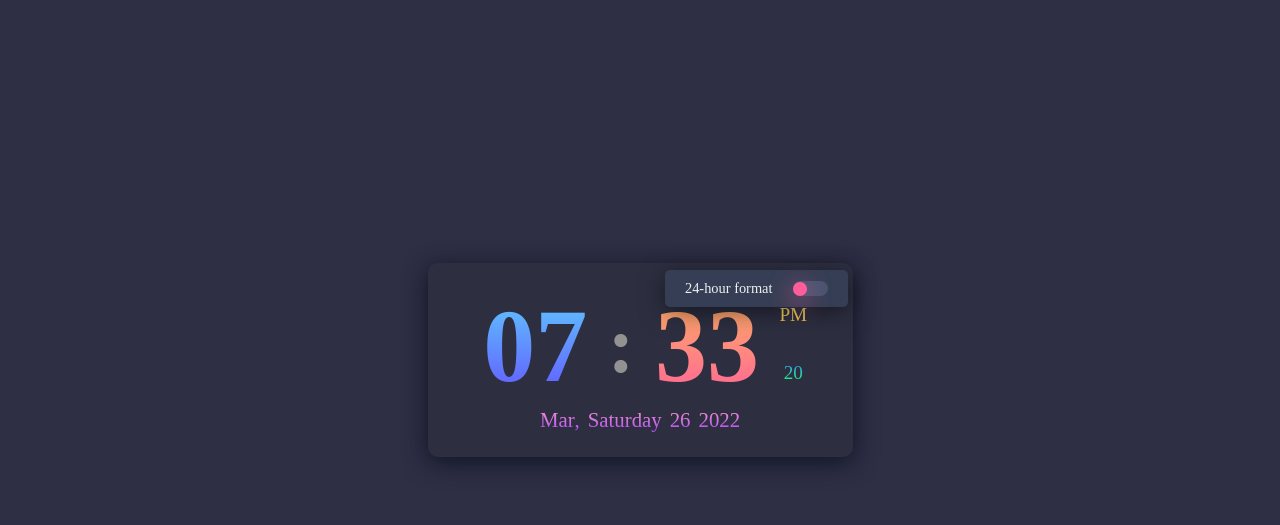
Repository: QUANGTHAI2003/digital-clock
Page: index.html
An editor plug-in stored every save of this project. The page is shown before and after the next save, followed by the edit.
The browser window is 1280 px wide. The pictures show the whole page.
Some icons come from a web library that is not loaded, so they are not drawn.

Above is the page before, as saved 2022-03-26 23:50:53.
Console error: TypeError: year.addEventListener is not a function

After the next save:
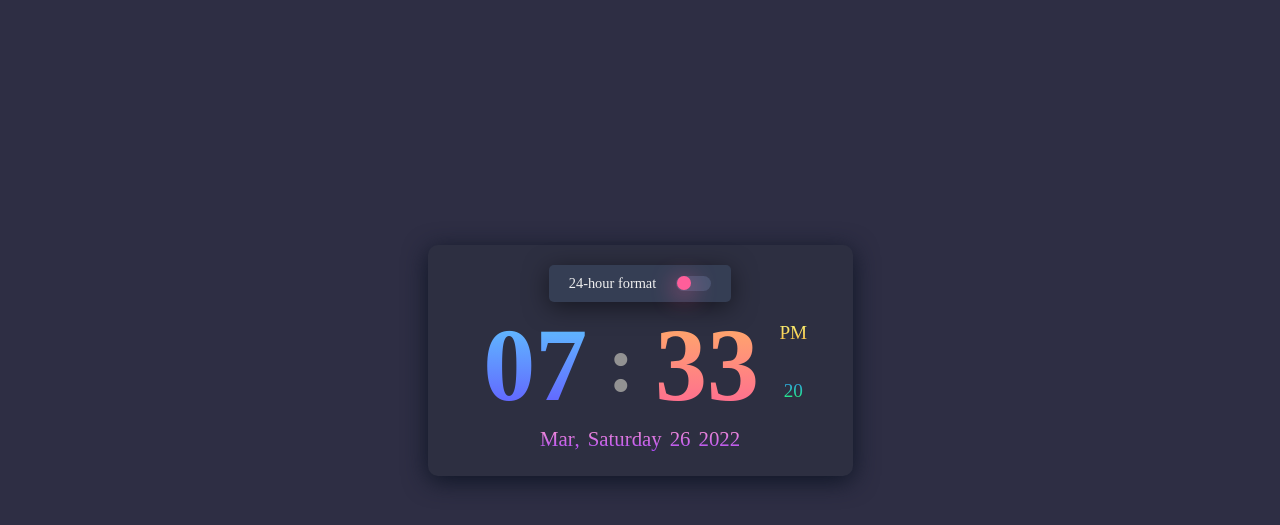
Saved 9 s later.
--- a/style.css
+++ b/style.css
@@ -129,9 +129,9 @@ body {
 
 .dot-menu {
     z-index: 999;
-    position: absolute;
-    top: 7px;
-    right: 5px;
+    /* position: absolute;
+top: 7px;
+right: 5px; */
     list-style: none;
     background: #353e54;
     padding: 10px 20px;
